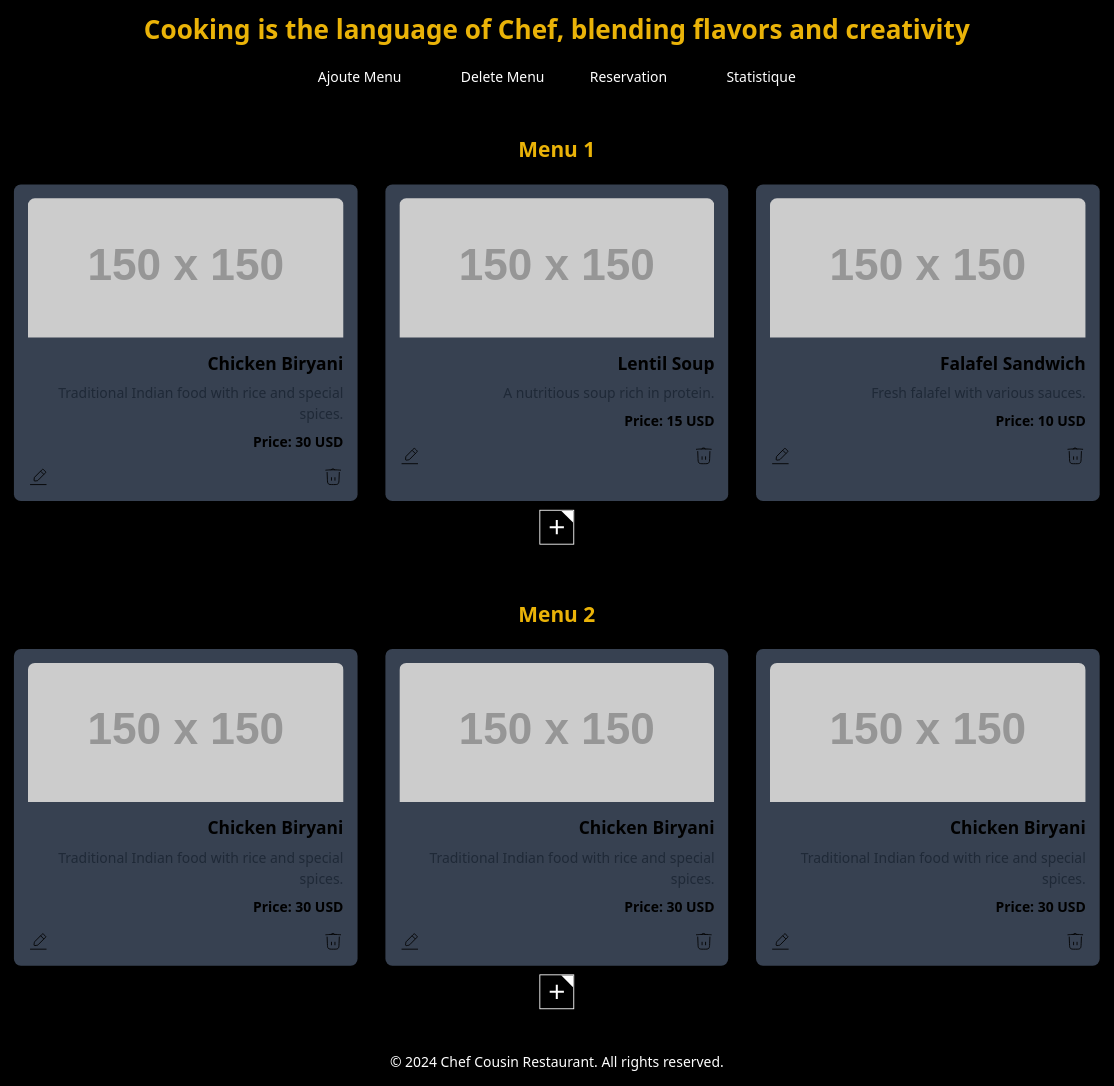
Repository: HamzaChehlaoui/Site-Web-pour-un-Chef-Cuisinier
Page: http://localhost/menu.php
These files come from the project's save history. The page is drawn as it stood at one moment and after the next save; the edit follows.
The browser window is 1280 px wide. The pictures show the whole page, at 87% of full size.
Some web libraries are served in a nearby version. The page is run by PHP 8.4 with error messages shown; the project is at /var/www/html/.

Above is the page before, as saved 2024-12-18 15:22:06.

After the next save:
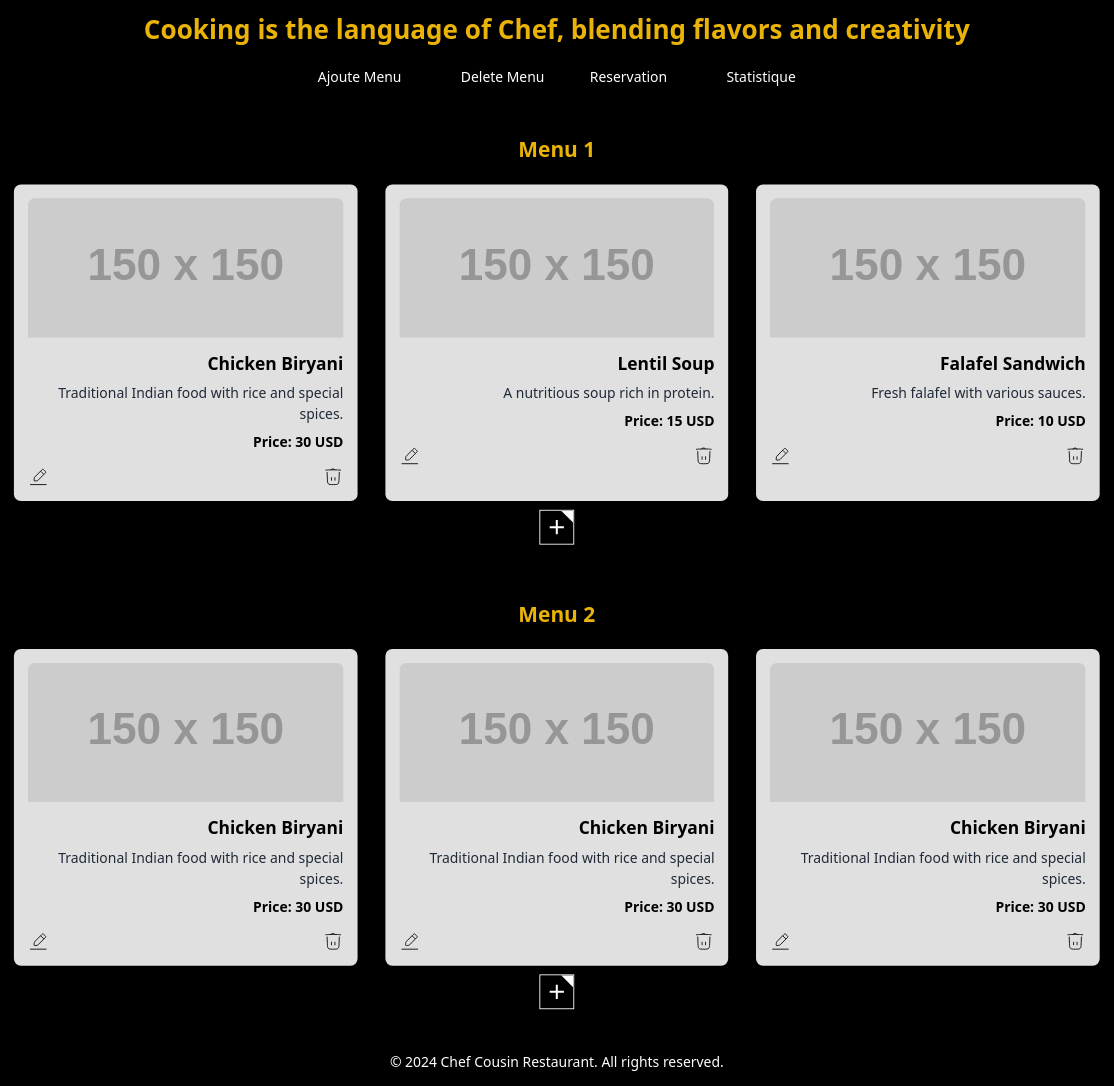
Saved 78 s later.
--- a/menu.php
+++ b/menu.php
@@ -28,7 +28,7 @@
             <h2 class="text-2xl font-semibold mb-6 text-center text-yellow-500">Menu 1</h2>
             <div class="grid grid-cols-1 sm:grid-cols-2 lg:grid-cols-3 gap-8">
                 <!-- Dish 1 -->
-                <div class="bg-gray-700 p-4 rounded-lg shadow-lg hover:shadow-xl hover:bg-[#E0E0E0] transition duration-300">
+                <div class="bg-[#E0E0E0] p-4 rounded-lg shadow-lg hover:shadow-xl hover:bg-[#E0E0E0] transition duration-300">
                     <img src="https://via.placeholder.com/150" alt="Dish 1" class="w-full h-40 object-cover rounded-t-lg">
                     <h3 class="text-xl font-semibold mt-4 text-black">Chicken Biryani</h3>
                     <p class="text-gray-800 mt-2">Traditional Indian food with rice and special spices.</p>
@@ -51,7 +51,7 @@
                     </div>
                 </div>
                 <!-- Dish 2 -->
-                <div class="bg-gray-700 p-4 rounded-lg shadow-lg hover:shadow-xl hover:bg-[#E0E0E0] transition duration-300">
+                <div class="bg-[#E0E0E0] p-4 rounded-lg shadow-lg hover:shadow-xl hover:bg-[#E0E0E0] transition duration-300">
                     <img src="https://via.placeholder.com/150" alt="Dish 2" class="w-full h-40 object-cover rounded-t-lg">
                     <h3 class="text-xl font-semibold mt-4 text-black">Lentil Soup</h3>
                     <p class="text-gray-800 mt-2">A nutritious soup rich in protein.</p>
@@ -74,7 +74,7 @@
                     </div>
                 </div>
                 <!-- Dish 3 -->
-                <div class="bg-gray-700 p-4 rounded-lg shadow-lg hover:shadow-xl hover:bg-[#E0E0E0] transition duration-300">
+                <div class="bg-[#E0E0E0] p-4 rounded-lg shadow-lg hover:shadow-xl hover:bg-[#E0E0E0] transition duration-300">
                     <img src="https://via.placeholder.com/150" alt="Dish 3" class="w-full h-40 object-cover rounded-t-lg">
                     <h3 class="text-xl font-semibold mt-4 text-black">Falafel Sandwich</h3>
                     <p class="text-gray-800 mt-2">Fresh falafel with various sauces.</p>
@@ -117,7 +117,7 @@
             <h2 class="text-2xl font-semibold mb-6 text-center text-yellow-500">Menu 2</h2>
             <div class="grid grid-cols-1 sm:grid-cols-2 lg:grid-cols-3 gap-8">
                 <!-- Repeat the dishes here with Edit and Delete buttons -->
-                <div class="bg-gray-700 p-4 rounded-lg shadow-lg hover:shadow-xl hover:bg-[#E0E0E0] transition duration-300">
+                <div class="bg-[#E0E0E0] p-4 rounded-lg shadow-lg hover:shadow-xl hover:bg-[#E0E0E0] transition duration-300">
                     <img src="https://via.placeholder.com/150" alt="Dish 1" class="w-full h-40 object-cover rounded-t-lg">
                     <h3 class="text-xl font-semibold mt-4 text-black">Chicken Biryani</h3>
                     <p class="text-gray-800 mt-2">Traditional Indian food with rice and special spices.</p>
@@ -141,7 +141,7 @@
                     </div>
                 </div>
                 <!-- Dish 1 -->
-                <div class="bg-gray-700 p-4 rounded-lg shadow-lg hover:shadow-xl hover:bg-[#E0E0E0] transition duration-300">
+                <div class="bg-[#E0E0E0] p-4 rounded-lg shadow-lg hover:shadow-xl hover:bg-[#E0E0E0] transition duration-300">
                     <img src="https://via.placeholder.com/150" alt="Dish 1" class="w-full h-40 object-cover rounded-t-lg">
                     <h3 class="text-xl font-semibold mt-4 text-black">Chicken Biryani</h3>
                     <p class="text-gray-800 mt-2">Traditional Indian food with rice and special spices.</p>
@@ -163,7 +163,7 @@
                     </svg>  </div>
                 </div>
             <!-- Dish 1 -->
-            <div class="bg-gray-700 p-4 rounded-lg shadow-lg hover:shadow-xl hover:bg-[#E0E0E0] transition duration-300">
+            <div class="bg-[#E0E0E0] p-4 rounded-lg shadow-lg hover:shadow-xl hover:bg-[#E0E0E0] transition duration-300">
                     <img src="https://via.placeholder.com/150" alt="Dish 1" class="w-full h-40 object-cover rounded-t-lg">
                     <h3 class="text-xl font-semibold mt-4 text-black">Chicken Biryani</h3>
                     <p class="text-gray-800 mt-2">Traditional Indian food with rice and special spices.</p>
